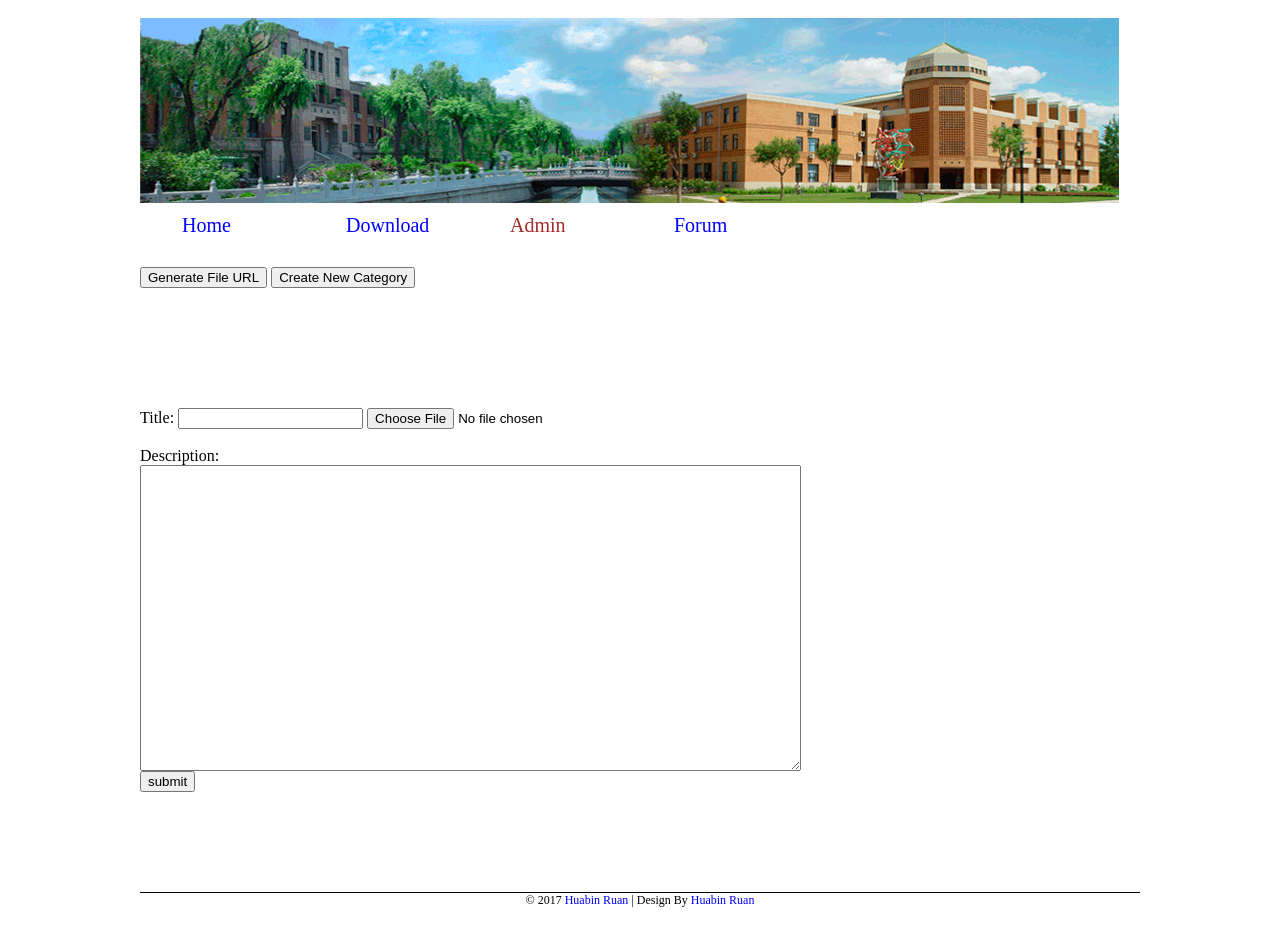
Repository: ruanhuabin/LifeSoftwareWebSite
Page: http://localhost/CryoEM/admin.jsp
An editor plug-in stored every save of this project. The page is shown before and after the next save, followed by the edit.
The browser window is 1280 px wide. The pictures show the whole page.
The page is served by Tomcat 9. Nobody is signed in. The application's start-up code is not run. Other server files are loaded and not shown.

Above is the page before, as saved 2017-08-15 06:08:33.

### CryoEM/WebRoot/admin.jsp
<%@ page language="java" import="java.util.*" pageEncoding="utf-8"%>
<%@ taglib prefix="s" uri="/struts-tags"%>
<%
String path = request.getContextPath();
String basePath = request.getScheme()+"://"+request.getServerName()+":"+request.getServerPort()+path+"/";
%>


<!DOCTYPE html PUBLIC "-//W3C//DTD XHTML 1.0 Transitional//EN" "http://www.w3.org/TR/xhtml1/DTD/xhtml1-transitional.dtd">
<html xmlns="http://www.w3.org/1999/xhtml">
<head>
<meta http-equiv="Content-Type" content="text/html; charset=utf-8" />

<link href="<%=basePath%>/style.css" rel="stylesheet" type="text/css" />

<style type="text/css">
	/* #header {height:185px; width:100%;background-image: url(../images/banner.png);background-repeat: no-repeat; background-color:white;} */
	#navigation{list-style:none; text-align:left; font-size:20px; background:white; float:left}
	#navigation li{width:160px; height:20px; line-height:0px; float:left; margin:2px; list-style:none;}
	#navigation a{height:100%; display:block; text-decoration:none}
	#navigation .curr{background:url(sub/images/nav_on.png); color:red;} /* 点击后的样式 */
</style>
</head>
<body>



<div id="main-container">

<div id="header">
</div>

<div id="navigation">
	<ul>
		<li><a href="<%=path%>/index.jsp">Home</a></li>
		<li><a href="<%=path%>/user/User_listSoftware.action">Download</a></li>
		<li><a href="<%=path%>/post/Admin_toAdmin.action"> <font color="brown">Admin</font></a></li>
		<li><a href="http://10.10.32.133/qa">Forum</a></li>
	</ul>
</div>
<script type="text/javascript">

	function validate()
    {
            var title = document.getElementsByName("title")[0].value;
            var description = document.getElementsByName("description")[0].value;
            var yourFile = document.getElementsByName("yourFile")[0].value;

            if(title == "")
            {
                alert("Title should not be empty!");
                return false;
            }

            if(description == "")
            {
                alert("Description should not be empty!");

                return false;
            }

            if(yourFile == "")
            {
            	alert("Please select a file to upload");
                return false;
            }
            return true;
       }



		var index_plist = {
			obj : document.getElementById("navigation")
					.getElementsByTagName("li"),
			currObj : null,
			init : function() {
				for (i = 0; i < index_plist.obj.length; i++) {
					eval("index_plist.obj[i].getElementsByTagName('a')[0].onclick=function(){this.className='curr';if(index_plist.currObj){index_plist.currObj.className=''}index_plist.currObj=this}");
				}
			}
		};
		index_plist.init();


	function genURL()
	{
   		 window.open("<%=basePath%>gen_file_download_url.jsp", "_blank", "toolbar=yes,scrollbars=yes,resizable=yes,top=300,left=400,width=600,height=400");
	}

	function genCategory()
	 {
   		 window.open("<%=basePath%>add_category.jsp", "_blank", "toolbar=yes,scrollbars=yes,resizable=yes,top=300,left=400,width=600,height=600");
	}

</script>


<div style="clear:both"></div>
<div class="form-div">
<button title="click to generate an URL for file downloading"onclick="genURL()">Generate File URL</button>
<button  title="click to create a new catagory" onclick="genCategory()">Create New Category</button>
</div>
<div style="clear:both"></div>

<div class="form-div">
	<form action="post/Admin_postSoftware.action"	enctype="multipart/form-data" method="post" style="" title="" id="" class="">
		  Title: <input type="text" name="title"/> <input type="file" name="yourFile" />
		  <br />
		  <br />
		  Description:
		  <br />
		  <textarea rows="20" cols="80" name="description"></textarea>
		  <br/>
		  <input type="submit" value="submit" onclick="return validate()"/>
	</form>
</div>

<div id="footer">&copy; 2017 <a href="mailto:ruanhuabin@tsinghua.edu.cn">Huabin Ruan</a> | Design By <a href="#">Huabin Ruan</a> </div>
</div>


</body>
</html>

### CryoEM/WebRoot/style.css
#header {height:185px; width:100%;background-image: url(images/banner.png);background-repeat: no-repeat; background-color:white;}
body
{
	background-color:white;
	font-family: "Times New Roman",Georgia,Serif
}
#footer {
	width:100%;
	border-top:  #000000 1px solid;
	text-align:center;
	font-size:12px;
	}


.form-div {
    /* border: 1px solid black; */
    margin-top: 20px;
    margin-bottom: 100px;
    margin-right: 150px;
    margin-left: 0px;
    background-color: white;
}

#admin-login-form {

   /*  margin-top: 50px;
    margin-bottom: 100px;
    margin-right: 150px;
    margin-left: 200px;
    background-color: white; */
    align: center

}

#content-div {
   /*  border: 1px solid black; */
    margin-top: 40px;
    margin-bottom: 100px;
    margin-right: 150px;
    margin-left: 0px;
    background-color: white;
}

#main-container {
	width:1000px;
	/* width:80% */
	border: #000000 0px solid;
	margin: 0 auto;
 	background-color:#FEFEFE;
   /*  background-color:white; */

    clear:both;
	/* padding:25px 100px; */
	padding:10px 100px
	}

#leftbar {
	float:left;
	width:800px;
	border-right:1px solid #BCBDBC;
}

#rightbar {
	float:left;
	width:200px;
}

a
{
	text-decoration: none;
	color:blue;
}

a:hover
{
	color:red;
}
a:visited
{
	color: blue;
}

ul {margin-left: 0; padding-left: 40px;}
/* li {margin-left: 0; padding-left: 50px;} */

#navigation{list-style:none; text-align:left; font-size:20px; background:white; float:left}
#navigation li{width:160px; height:20px; line-height:0px; float:left; margin:2px; list-style:none;}
#navigation a{height:100%; display:block; text-decoration:none}
#navigation .curr{background:url(sub/images/nav_on.png); color:red;}

/* ul, li { list-style: none; margin: 0; padding: 0; }
ul { padding-left: 1em; }
li { padding-left: 1em;
  border: 1px dotted black;
  border-width: 0 0 1px 1px;
}
li.container { border-bottom: 0px; }
li.empty { font-style: italic;
  color: silver;
  border-color: silver;
}
li p { margin: 0;
  background: white;
  position: relative;
  top: 0.5em;
}
li ul {
  border-top: 1px dotted black;
  margin-left: -1em;
  padding-left: 2em;
}
ul li:last-child ul {
  border-left: 1px solid white;
  margin-left: -17px;
}  */


/* li{
    margin-top: 1px;
    margin:0;
    border:1px solid red;
}

li:first-child {
    margin-top:0;
} */

After the next save:
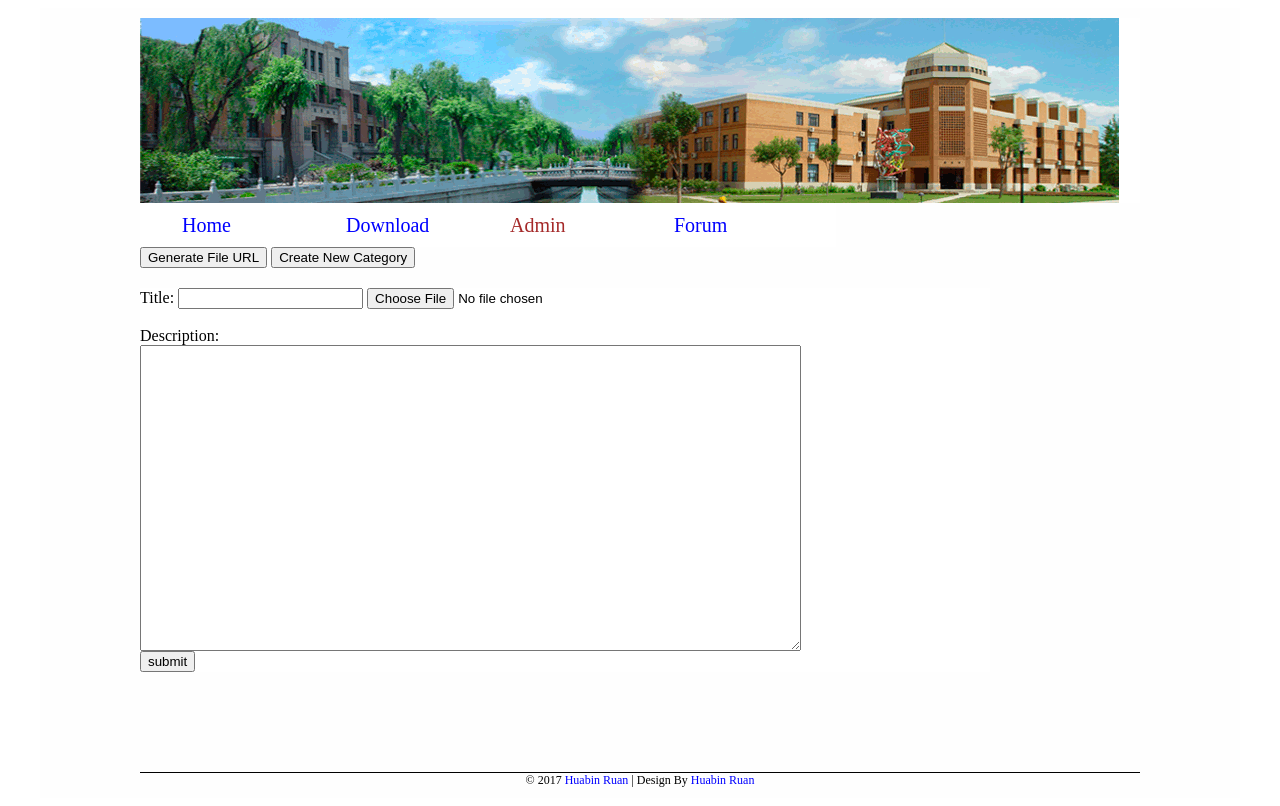
Saved 34 s later.
--- a/CryoEM/WebRoot/admin.jsp
+++ b/CryoEM/WebRoot/admin.jsp
@@ -96,11 +96,10 @@ String basePath = request.getScheme()+"://"+request.getServerName()+":"+request.
 
 
 <div style="clear:both"></div>
-<div class="form-div">
+
 <button title="click to generate an URL for file downloading"onclick="genURL()">Generate File URL</button>
 <button  title="click to create a new catagory" onclick="genCategory()">Create New Category</button>
-</div>
-<div style="clear:both"></div>
+
 
 <div class="form-div">
 	<form action="post/Admin_postSoftware.action"	enctype="multipart/form-data" method="post" style="" title="" id="" class="">
